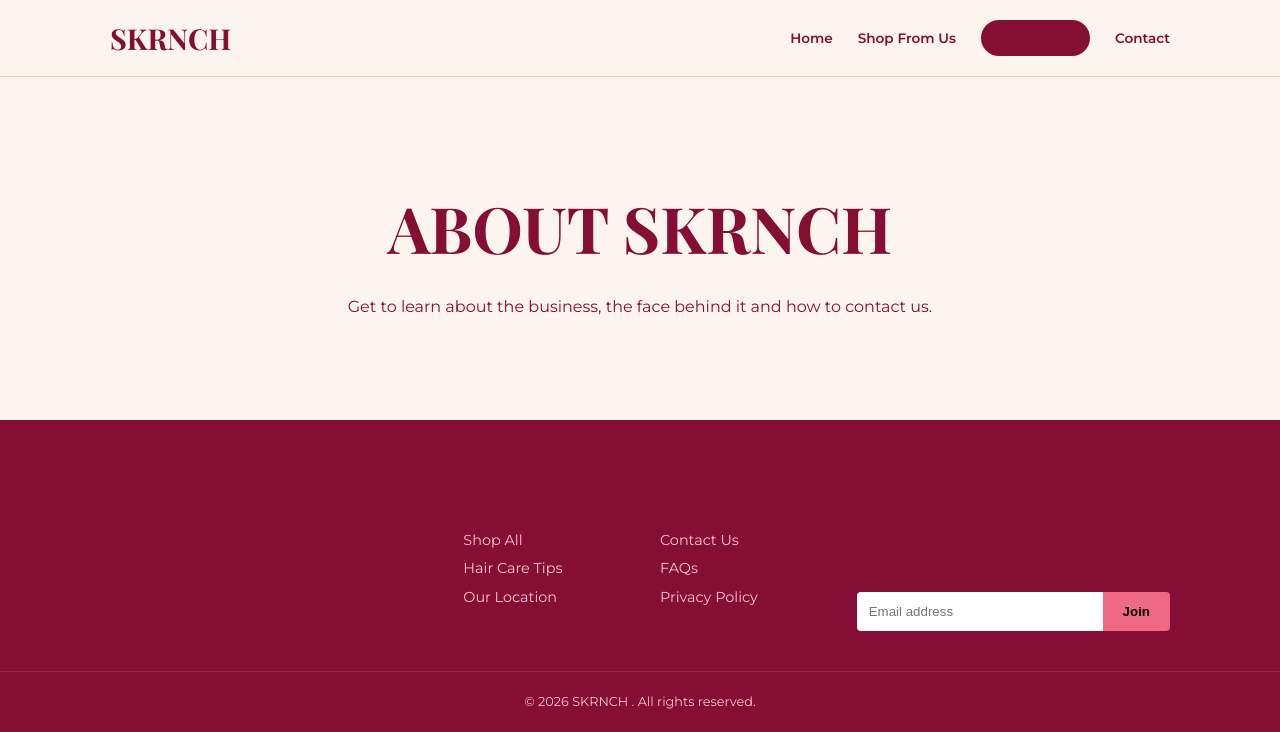
Repository: ndirituart/Portfolio
Page: about.html
The author's editor kept a copy of each file at every save. The page is drawn from the files as they stood at one save, then again after the next save.
The browser window is 1280 px wide. The pictures show the whole page.
Some web fonts or font styles are not loaded; a fallback is used.

Above is the page before, as saved 2026-02-04 20:41:56.

### about.html
<!DOCTYPE html>
<!DOCTYPE html>
<html lang="en">
<head>
    <meta charset="UTF-8">
    <meta name="viewport" content="width=device-width, initial-scale=1.0">
    <title>SKRNCH | Premium Indian Hair</title>
    <link href="https://fonts.googleapis.com/css2?family=Playfair+Display:ital,wght@0,700;1,700&family=Montserrat:wght@400;600&display=swap" rel="stylesheet">
    <style>
        /* (Insert the CSS from section 2 below) */
    </style>
</head>
<body>

    <header class="main-header">
        <div class="container">
            <div class="logo">SKRNCH</div>
            <nav>
                <ul>
                    <li><a href="index.html">Home</a></li>
                    <li class="dropdown">
                        <a href="shop.html" class="dropbtn">Shop From Us</a>
                        <div class="dropdown-content">
                            <a href="wigs.html">Wigs & Hair Extensions</a>
                            <a href="accessories.html">Hair Accessories</a>
                            <a href="essentials.html">Hair Essentials</a>
                            <a href="products.html">Hair Products</a>
                        </div>
                    </li>
                    <li><a href="about.html" class="btn-small">About Us</a></li>
                    <li><a href="contact.html">Contact</a></li>
                </ul>
            </nav>
        </div>
    </header>

    <main class="page-content">
        <div class="container">
            <section style="padding: 100px 0; text-align: center;">
                <h1>ABOUT SKRNCH</h1>
                <p>Get to learn about the business, the face behind it and how to contact us.</p>
            </section>
        </div>
    </main>

    <footer class="main-footer">
        <div class="container footer-grid">
            <div class="footer-brand">
                <div class="logo" style="color: cream;">SKRNCH <span>.</span></div>
                <p>Authentic hair imported directly from India. Quality you can feel, style you can see.</p>
            </div>
            <div class="footer-links">
                <h4>Explore</h4>
                <ul>
                    <li><a href="shop.html">Shop All</a></li>
                    <li><a href="tips.html">Hair Care Tips</a></li>
                    <li><a href="location.html">Our Location</a></li>
                </ul>
            </div>
            <div class="footer-links">
                <h4>Support</h4>
                <ul>
                    <li><a href="contact.html">Contact Us</a></li>
                    <li><a href="faqs.html">FAQs</a></li>
                    <li><a href="privacy.html">Privacy Policy</a></li>
                </ul>
            </div>
            <div class="footer-contact">
                <h4>Join the Baddie List</h4>
                <p>Get exclusive discounts and restock alerts.</p>
                <div class="input-group">
                    <input type="email" placeholder="Email address">
                    <button>Join</button>
                </div>
            </div>
        </div>
        <div class="footer-bottom">
            <p>&copy; 2026 SKRNCH . All rights reserved.</p>
        </div>
    </footer>
</body>
</html>


<style>
:root {
            /* Updated Luxury Palette */
            --cream: #F2E3C2;
            --sand: #E5DED2;
            --bronze: #A67C52;
            --gold-leaf: #C5B081;
            --deep-cocoa: #967969;

            --max-width: 1100px;
            --heading-font: 'Playfair Display', serif;
            --body-font: 'Montserrat', sans-serif;
        }

* {
    margin: 0;
    padding: 0;
    box-sizing: border-box;
}

body {
    background-color: var(--cream);
    color: var(--deep-cocoa);
    line-height: 1.6;
    font-family: var(--body-font);
}

.container {
    max-width: var(--max-width);
    margin: 0 auto;
    padding: 0 20px;
}

/* --- HEADER --- */
.main-header {
    background: cream;
    padding: 15px 0;
    position: sticky;
    top: 0;
    z-index: 1000;
    border-bottom: 1px solid var(--sand);
}

/* Add this: This handles the alignment */
.main-header .container {
    display: flex;
    justify-content: space-between; /* Pushes logo left, nav right */
    align-items: center;
}

.logo {
    font-family: var(--heading-font);
    font-size: 1.8rem;
    font-weight: 700;
    color: var(--deep-cocoa);
}

nav ul {
    display: flex;
    list-style: none;
    align-items: center;
    margin: 0; /* Ensures no extra spacing */
    padding: 0;
}

nav ul li {
    margin-left: 25px; /* Spacing between the links */
}

nav ul li a {
    text-decoration: none;
    color: var(--deep-cocoa);
    font-weight: 600;
    font-size: 0.85rem;
    transition: 0.3s;
}

nav ul li a:hover {
    color: var(--rose);
}
.btn-small {
    background: var(--deep-cocoa);
    color: cream !important;
    padding: 10px 22px;
    border-radius: 50px;
}

/* Breadcrumbs */
/* --- ROOT VARIABLES (Kept from your original) --- */
:root {
    --cream: #FCF5EE;
    --sand: #FFC4C4;
    --rose: #EE6983;
    --deep-cocoa: #850E35;
    --max-width: 1100px;
    --heading-font: 'Playfair Display', serif;
    --body-font: 'Montserrat', sans-serif;
}

/* ... (Keep your general styles) ... */

/* --- UPDATED DROPDOWN LOGIC --- */
.dropdown {
    position: relative;
    display: inline-block;
}

.dropdown-content {
    display: none; /* Hide by default */
    position: absolute;
    background-color: cream;
    min-width: 200px;
    box-shadow: 0px 8px 16px rgba(0,0,0,0.1);
    z-index: 1001;
    border-radius: 8px;
    top: 100%;
    left: 0;
    padding: 10px 0;
    border: 1px solid var(--sand);
}

.dropdown-content a {
    color: var(--deep-cocoa);
    padding: 12px 16px;
    text-decoration: none;
    display: block;
    font-size: 0.85rem;
    transition: 0.3s;
}

.dropdown-content a:hover {
    background-color: var(--cream);
    color: var(--rose);
}

/* Show the dropdown when hovering over the 'li' */
.dropdown:hover .dropdown-content {
    display: block;
}

/* Ensure the header container stays flexed */
.main-header .container {
    display: flex;
    justify-content: space-between;
    align-items: center;
}

/* --- HERO --- */
.hero {
    padding: 80px 0;
    text-align: center;
}

h1 {
    font-family: var(--heading-font);
    font-size: 4rem;
    margin-bottom: 15px;
}

.subtitle {
    font-size: 1.1rem;
    max-width: 700px;
    margin: 0 auto 40px;
    color: var(--rose);
}

.video-container {
    width: 70%;
    margin: 0 auto;
    border-radius: 20px;
    overflow: hidden;
    box-shadow: 0 20px 40px rgba(133, 14, 53, 0.15);
}

video { width: 100%; display: block; }

/* --- MARQUEE SECTION --- */
.media-grid {
    padding: 80px 0;
    background: cream;
    overflow: hidden;
}

.section-title {
    text-align: center;
    margin-bottom: 50px;
}

.section-title h2 {
    font-family: var(--heading-font);
    font-size: 2.5rem;
}

.marquee-wrapper {
    width: 100%;
    overflow: hidden;
}

.marquee-content {
    display: flex;
    gap: 30px;
    width: max-content;
    animation: scroll 25s linear infinite;
}

.media-card {
    width: 300px;
    flex-shrink: 0;
    background: var(--cream);
    border-radius: 15px;
    border: 1px solid var(--sand);
    overflow: hidden;
}

.image-wrapper { height: 350px; }
.image-wrapper img { width: 100%; height: 100%; object-fit: cover; }

.card-content {
    padding: 20px;
    text-align: center;
}

.card-content h3 { font-family: var(--heading-font); margin-bottom: 5px; }
.card-content p { font-size: 0.85rem; color: var(--rose); }

@keyframes scroll {
    from { transform: translateX(0); }
    to { transform: translateX(-50%); }
}

/* --- FOOTER --- */
.main-footer {
    background: var(--deep-cocoa);
    color: cream;
    padding: 60px 0 20px;
}

.footer-grid {
    display: grid;
    grid-template-columns: 2fr 1fr 1fr 2fr;
    gap: 40px;
}

.footer-links h4, .footer-contact h4 {
    font-family: var(--heading-font);
    margin-bottom: 20px;
}

.footer-links ul { list-style: none; }
.footer-links ul li a { color: var(--sand); text-decoration: none; font-size: 0.9rem; line-height: 2; }

.input-group { display: flex; margin-top: 15px; }
.input-group input { padding: 12px; border-radius: 4px 0 0 4px; border: none; flex: 1; }
.input-group button { padding: 10px 20px; background: var(--rose); border: none; color: cream; border-radius: 0 4px 4px 0; cursor: pointer; font-weight: 600; }

.footer-bottom { text-align: center; margin-top: 40px; font-size: 0.8rem; color: var(--sand); border-top: 1px solid rgba(255,255,255,0.1); padding-top: 20px;}

@media (max-width: 768px) {
    .video-container { width: 95%; }
    h1 { font-size: 2.5rem; }
    .footer-grid { grid-template-columns: 1fr; }
}
</style>

After the next save:
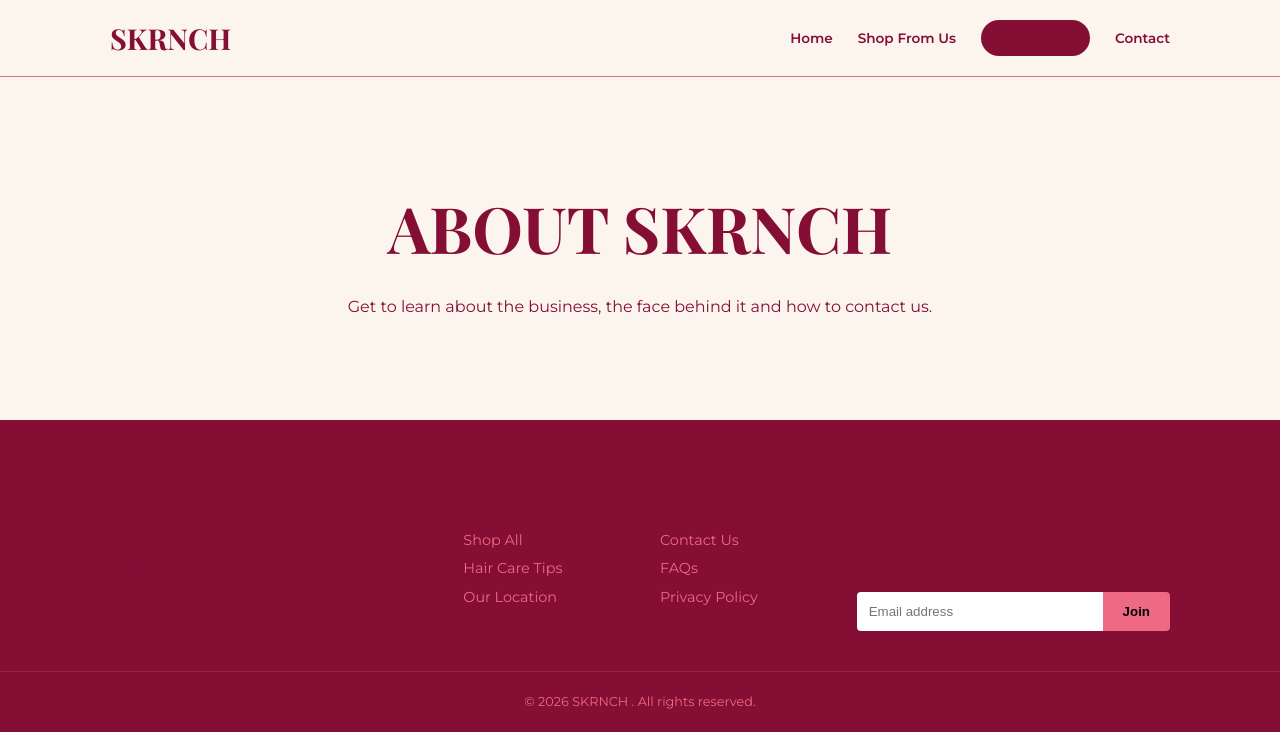
Saved 29 s later.
--- a/about.html
+++ b/about.html
@@ -160,7 +160,7 @@ nav ul li a {
 }
 
 nav ul li a:hover {
-    color: var(--rose);
+    color: var(--sand);
 }
 .btn-small {
     background: var(--deep-cocoa);
@@ -174,7 +174,7 @@ nav ul li a:hover {
 :root {
     --cream: #FCF5EE;
     --sand: #FFC4C4;
-    --rose: #EE6983;
+    --sand: #EE6983;
     --deep-cocoa: #850E35;
     --max-width: 1100px;
     --heading-font: 'Playfair Display', serif;
@@ -214,7 +214,7 @@ nav ul li a:hover {
 
 .dropdown-content a:hover {
     background-color: var(--cream);
-    color: var(--rose);
+    color: var(--sand);
 }
 
 /* Show the dropdown when hovering over the 'li' */
@@ -245,7 +245,7 @@ h1 {
     font-size: 1.1rem;
     max-width: 700px;
     margin: 0 auto 40px;
-    color: var(--rose);
+    color: var(--sand);
 }
 
 .video-container {
@@ -305,7 +305,7 @@ video { width: 100%; display: block; }
 }
 
 .card-content h3 { font-family: var(--heading-font); margin-bottom: 5px; }
-.card-content p { font-size: 0.85rem; color: var(--rose); }
+.card-content p { font-size: 0.85rem; color: var(--sand); }
 
 @keyframes scroll {
     from { transform: translateX(0); }
@@ -335,7 +335,7 @@ video { width: 100%; display: block; }
 
 .input-group { display: flex; margin-top: 15px; }
 .input-group input { padding: 12px; border-radius: 4px 0 0 4px; border: none; flex: 1; }
-.input-group button { padding: 10px 20px; background: var(--rose); border: none; color: cream; border-radius: 0 4px 4px 0; cursor: pointer; font-weight: 600; }
+.input-group button { padding: 10px 20px; background: var(--sand); border: none; color: cream; border-radius: 0 4px 4px 0; cursor: pointer; font-weight: 600; }
 
 .footer-bottom { text-align: center; margin-top: 40px; font-size: 0.8rem; color: var(--sand); border-top: 1px solid rgba(255,255,255,0.1); padding-top: 20px;}
 
